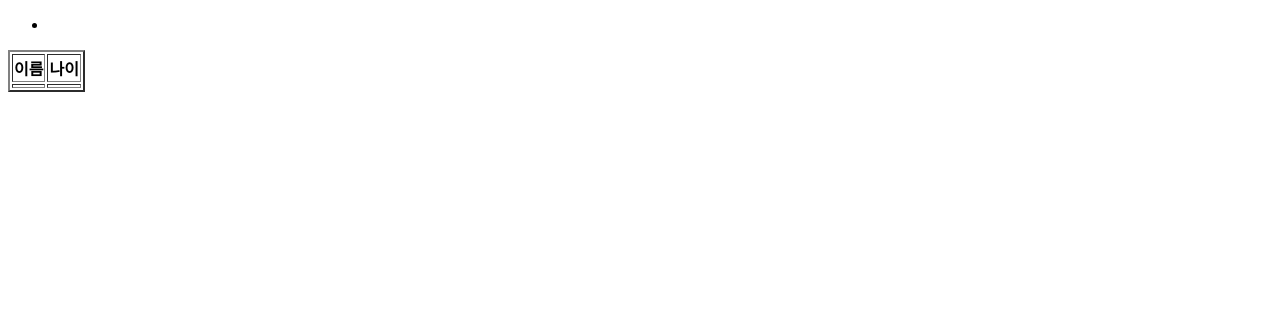
Repository: Migorithm/front_work
Page: front09_VUE/src/main/webapp/01_basic/vue05_vfor.html
These files come from the project's save history. The page is drawn as it stood at one moment and after the next save; the edit follows.
The browser window is 1280 px wide. The pictures show the whole page.

Above is the page before, as saved 2021-09-09 00:36:38.
Console error: SyntaxError: Unexpected end of input

### front09_VUE/src/main/webapp/01_basic/vue05_vfor.html
<!DOCTYPE html>
<html>
<head>
<meta charset="UTF-8">
<title>데이터를 여러개 받아와서 한번에 출력할 수 있다.</title>
<meta name="viewport" content="width=device-width, initial-scale=1.0">
<script src="https://cdn.jsdelivr.net/npm/vue/dist/vue.js"></script>
<style type="text/css"></style>
</head>



<body>
<div id="app">
	<ul>
		<li>
		</li>
	</ul>
	<table border="2">
		<tr>
			<th>이름</th><th>나이</th>
		</tr>
		<tr>
			<th></th><th></th>
		</tr>
	</table>
</div>
</body>
<script>
	var model=

</script>
</html>

After the next save:
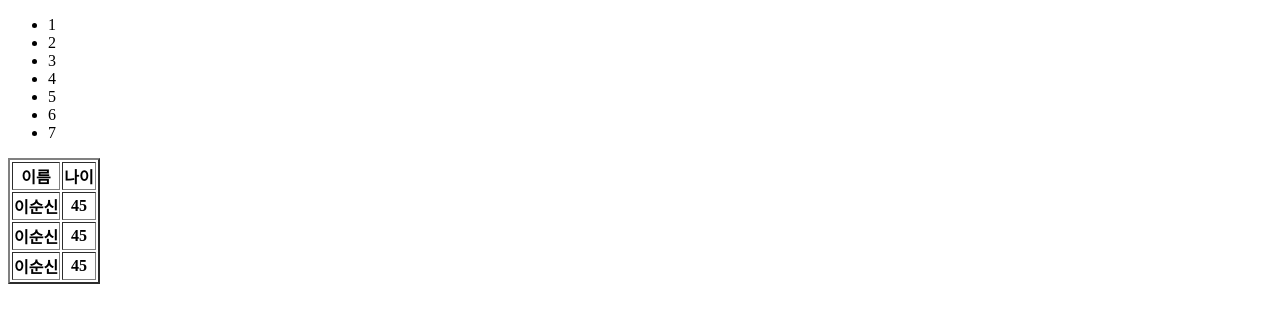
The error is gone.
Saved 21 min 31 s later.
--- a/front09_VUE/src/main/webapp/01_basic/vue05_vfor.html
+++ b/front09_VUE/src/main/webapp/01_basic/vue05_vfor.html
@@ -13,21 +13,41 @@
 <body>
 <div id="app">
 	<ul>
-		<li>
-		</li>
+		<li v-for="n in numbers">{{n}}</li>
 	</ul>
 	<table border="2">
 		<tr>
 			<th>이름</th><th>나이</th>
 		</tr>
-		<tr>
-			<th></th><th></th>
+		<tr v-for="p in people">
+			<th>{{p.name}}</th><th>{{p.age}}</th>
 		</tr>
 	</table>
 </div>
 </body>
 <script>
-	var model=
+	var app = new Vue({
+		el:"#app",
+		data:{ //정적 데이터 바인딩
+
+			numbers:[1,2,3,4,5,6,7],
+			people:[
+				{
+					name:"이순신",
+					age:45
+				},
+				{
+					name:"이순신",
+					age:45
+				},
+				{
+					name:"이순신",
+					age:45
+				}
+			]
+
+		}
+	})
 
 </script>
 </html>
